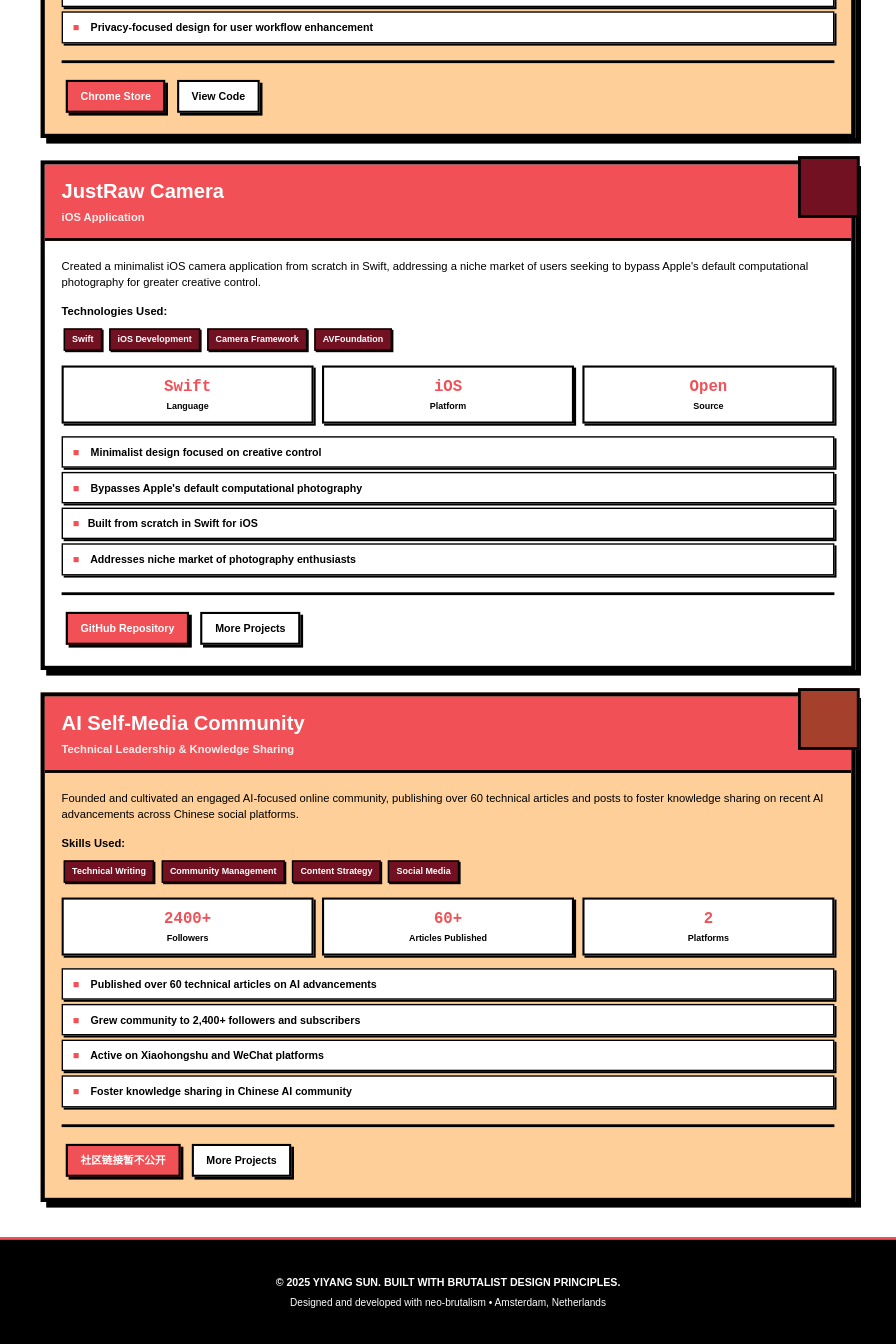
Repository: miloyiyangsun/yiyangsun.github.io
Page: .superdesign/design_iterations/yiyang_projects_v2.html
An editor plug-in stored every save of this project. The page is shown before and after the next save, followed by the edit.
The browser window is 1280 px wide. The pictures show the part of the page from y = 2483 to 4403 px (the page is 4403 px tall), at 70% of full size.

Above is the page before, as saved 2025-09-03 21:04:16.

After the next save:
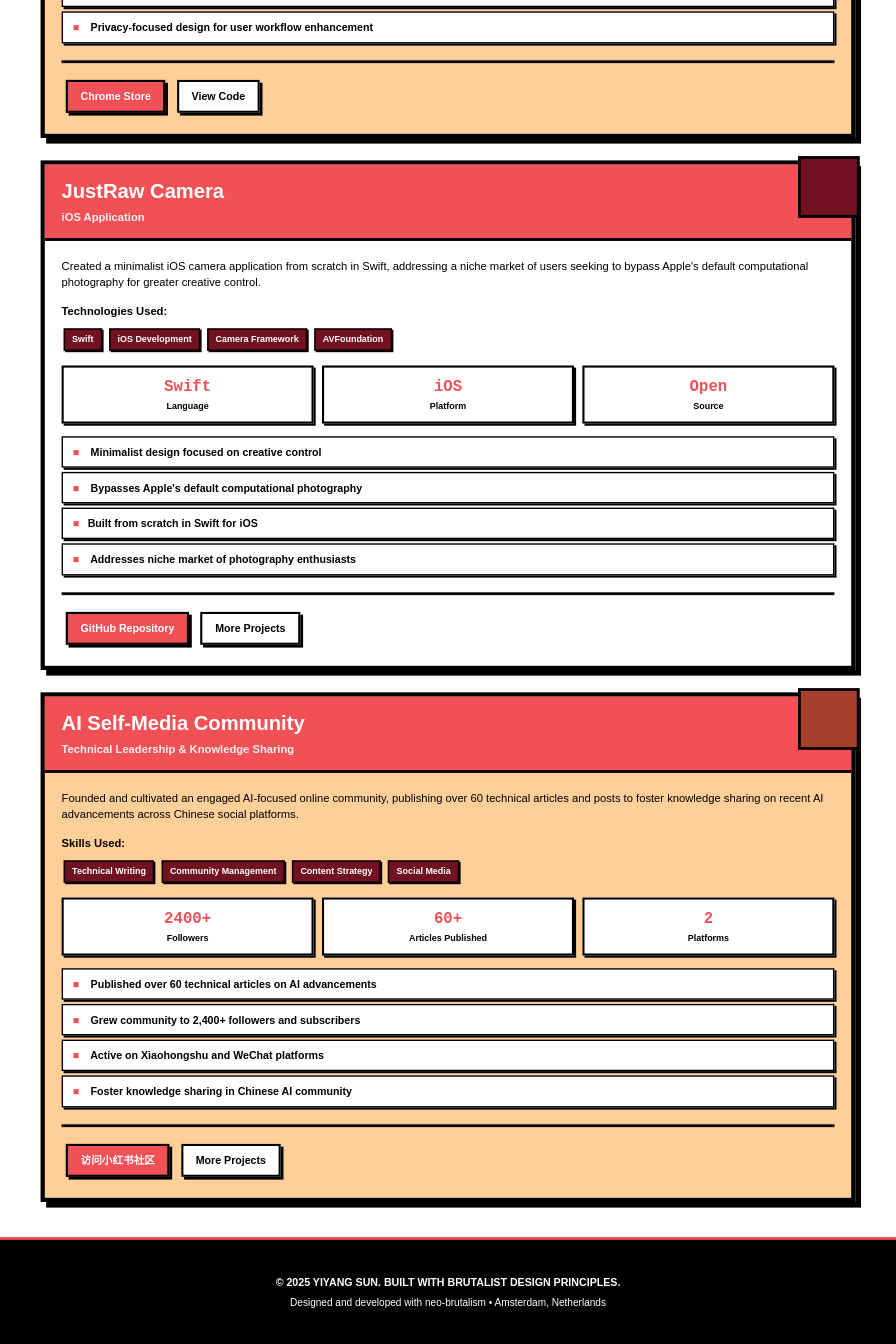
Saved 69 s later.
--- a/.superdesign/design_iterations/yiyang_projects_v2.html
+++ b/.superdesign/design_iterations/yiyang_projects_v2.html
@@ -655,10 +655,11 @@
           </ul>
 
           <div class="project-actions">
-            <span
+            <a
               href="https://www.xiaohongshu.com/user/profile/6876efd1000000000d03c562"
               class="action-button"
-              >社区链接暂不公开</span
+              target="_blank"
+              >访问小红书社区</a
             >
             <a
               href="https://github.com/miloyiyangsun"
